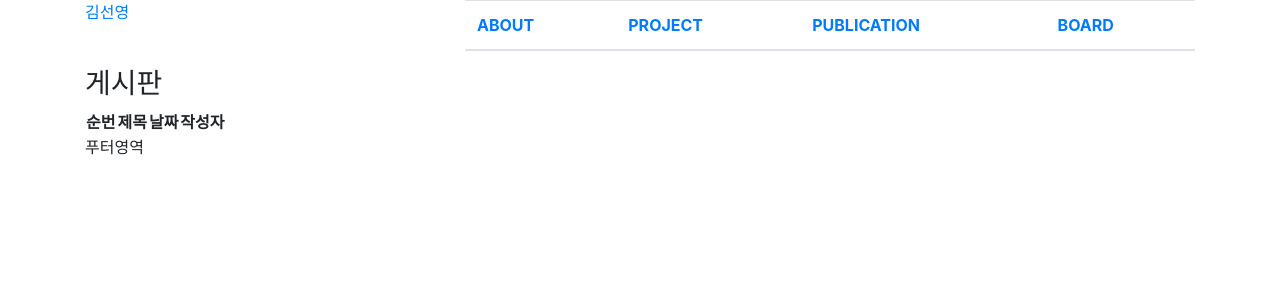
Repository: supremest35/web-projects
Page: http://localhost/noticeboard/board/list.jsp?pno=1
An editor plug-in stored every save of this project. The page is shown before and after the next save, followed by the edit.
The browser window is 1280 px wide. The pictures show the whole page.
The page is served by Tomcat 9. Other server files are loaded and not shown.

Above is the page before, as saved 2020-12-06 03:29:05.

### noticeboard/WebContent/board/list.jsp
<%@ page language="java" contentType="text/html; charset=UTF-8"
    pageEncoding="UTF-8"%>
<!DOCTYPE html>
<html lang="ko">
<head>
  <title>Bootstrap 4 Example</title>
  <meta charset="utf-8">
  <meta name="viewport" content="width=device-width, initial-scale=1">
  <link rel="stylesheet" href="https://maxcdn.bootstrapcdn.com/bootstrap/4.5.2/css/bootstrap.min.css">
  <script src="https://ajax.googleapis.com/ajax/libs/jquery/3.5.1/jquery.min.js"></script>
  <script src="https://cdnjs.cloudflare.com/ajax/libs/popper.js/1.16.0/umd/popper.min.js"></script>
  <script src="https://maxcdn.bootstrapcdn.com/bootstrap/4.5.2/js/bootstrap.min.js"></script>
</head>
<body>
<div class="container">
	<div class="row">
		<div class="col-2"><a href="index.jsp">김선영</a></div>
		<div class="col-2"></div>
		<div class="col-8">
			<table class="table">
				<thead>
					<tr>
						<th><a href="">ABOUT</a></th>
						<th><a href="">PROJECT</a></th>
						<th><a href="">PUBLICATION</a></th>
						<th><a href="board/list.jsp">BOARD</a></th>
					</tr>
				</thead>
			</table>
		</div>
	</div>
	<div class="row">
		<div class="col-12"><h3>게시판</h3></div>
		<div class="col-12">
			<table>
				<thead>
					<tr>
						<th>순번</th>
						<th>제목</th>
						<th>날짜</th>
						<th>작성자</th>
					</tr>
				</thead>
			</table>
		</div>
	</div>
	<div class="row">
		<div class="col-12">푸터영역</div>
	</div>
</div>
</body>
</html>

After the next save:
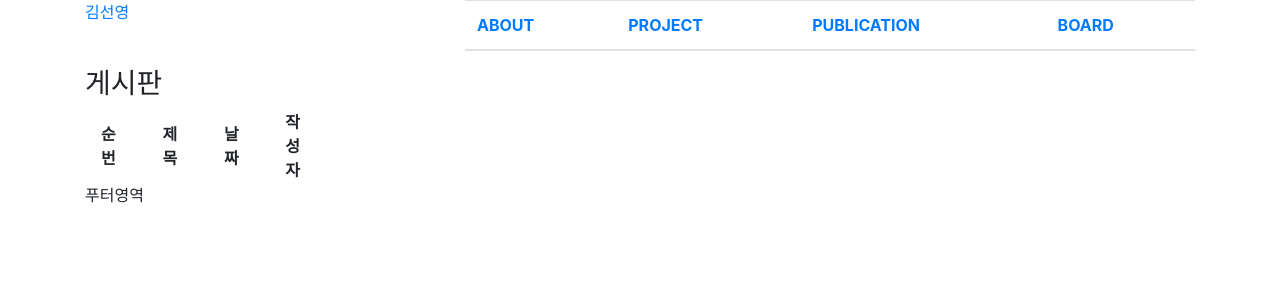
Saved 2 min 3 s later.
--- a/noticeboard/WebContent/board/list.jsp
+++ b/noticeboard/WebContent/board/list.jsp
@@ -35,10 +35,10 @@
 			<table>
 				<thead>
 					<tr>
-						<th>순번</th>
-						<th>제목</th>
-						<th>날짜</th>
-						<th>작성자</th>
+						<th><div class="col-2">순번</div></th>
+						<th><div class="col-6">제목</div></th>
+						<th><div class="col-2">날짜</div></th>
+						<th><div class="col-2">작성자</div></th>
 					</tr>
 				</thead>
 			</table>
